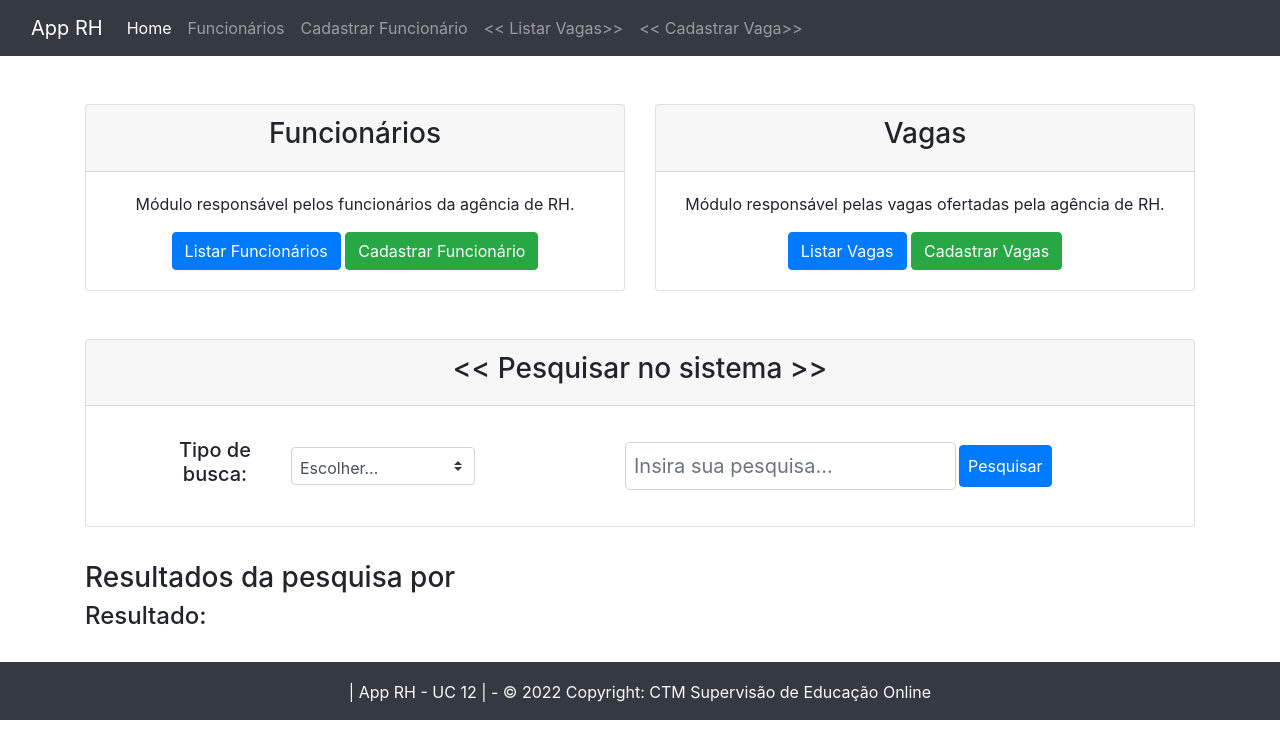
Repository: FilosoDev/SPRING-BOOT-testes
Page: http://localhost/index
These files come from the project's save history. The page is drawn as it stood at one moment and after the next save; the edit follows.
The browser window is 1280 px wide. The pictures show the whole page.
The page is this project's Thymeleaf template; nobody is signed in. The template is opened directly, without the code that normally fills it, so the values that code supplies are empty.

Above is the page before, as saved 2021-11-23 17:31:05.
Console error: TypeError: Cannot read properties of undefined (reading 'fn')

After the next save:
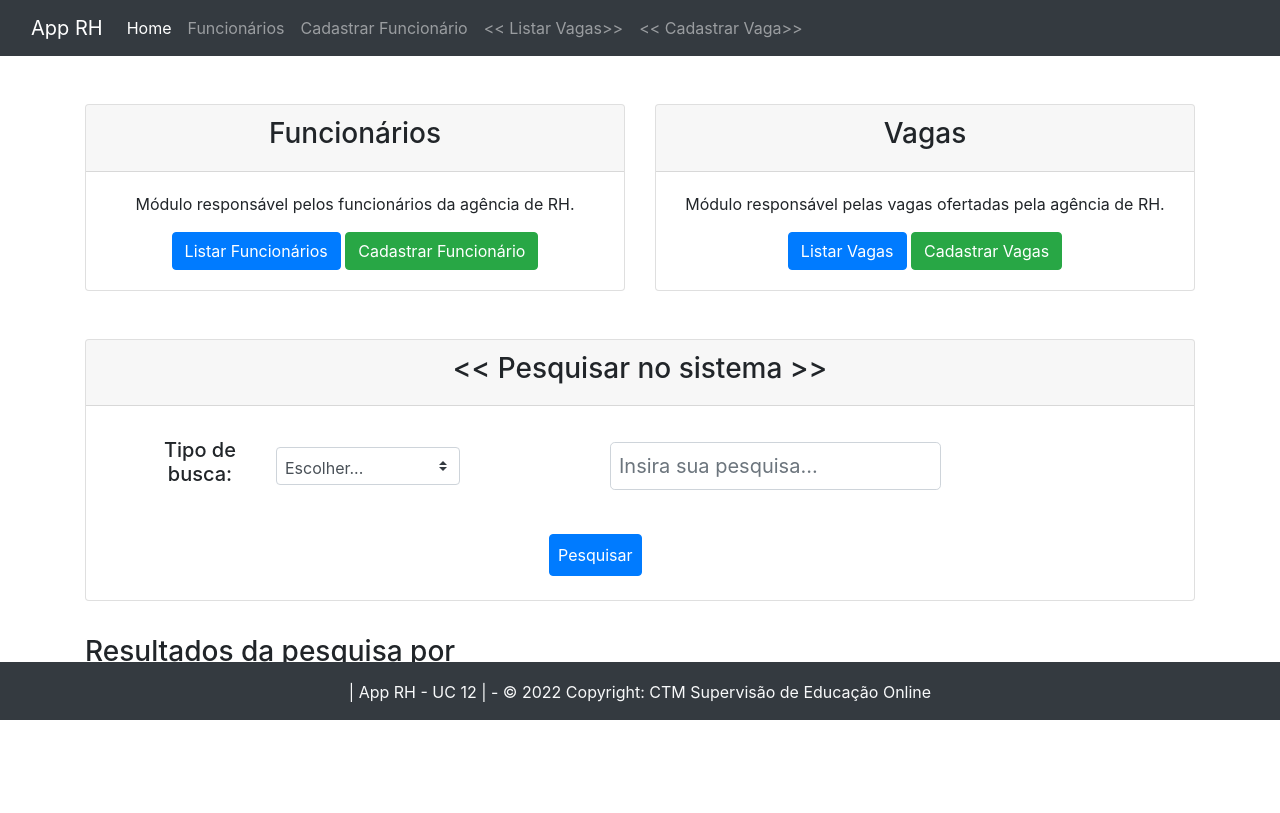
Saved 21 s later.
--- a/AppRH/AppRH/src/main/resources/templates/index.html
+++ b/AppRH/AppRH/src/main/resources/templates/index.html
@@ -122,7 +122,7 @@
 
 
 						</div>
-							<div class="row col-12 col-md-4">
+							<div class="row col-12 col-md-6">
 
 								<input
 									class="form-control form-control-lg my-3 p-2"

After the save that followed:
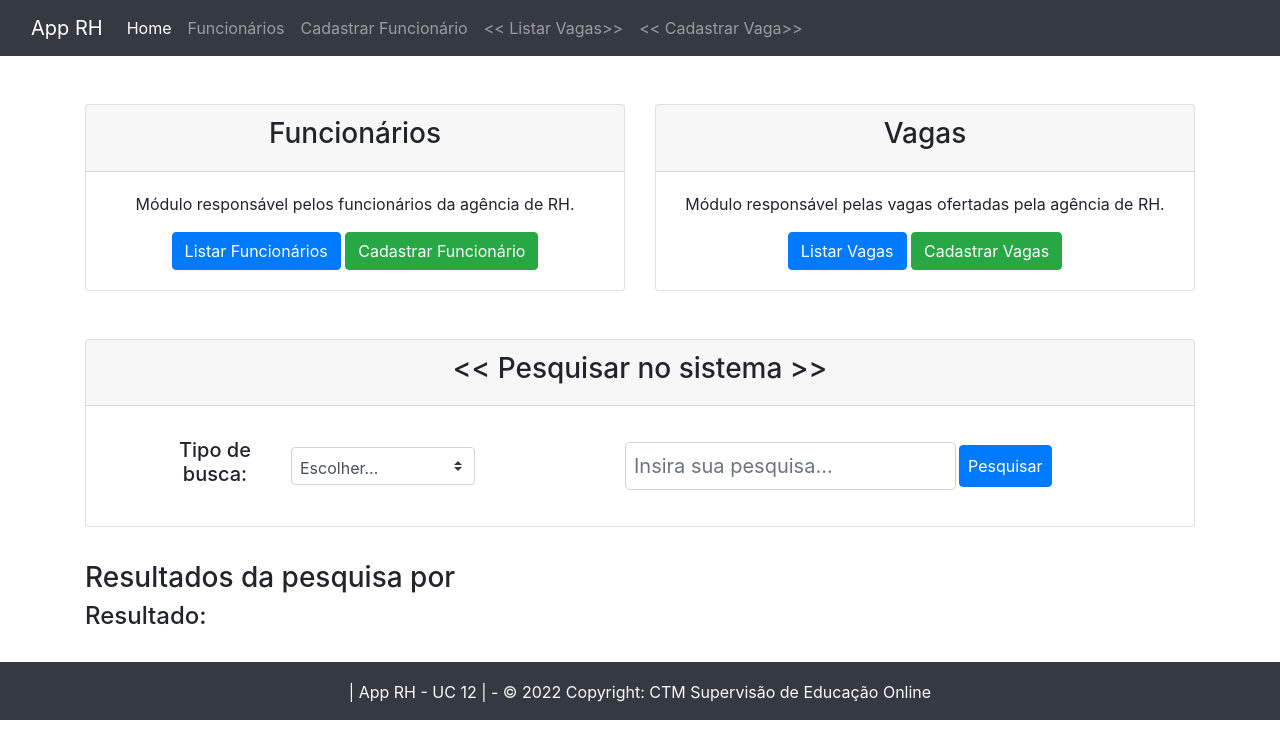
Saved 7 s later.
--- a/AppRH/AppRH/src/main/resources/templates/index.html
+++ b/AppRH/AppRH/src/main/resources/templates/index.html
@@ -122,7 +122,7 @@
 
 
 						</div>
-							<div class="row col-12 col-md-6">
+							<div class="row col-12 col-md-4">
 
 								<input
 									class="form-control form-control-lg my-3 p-2"
